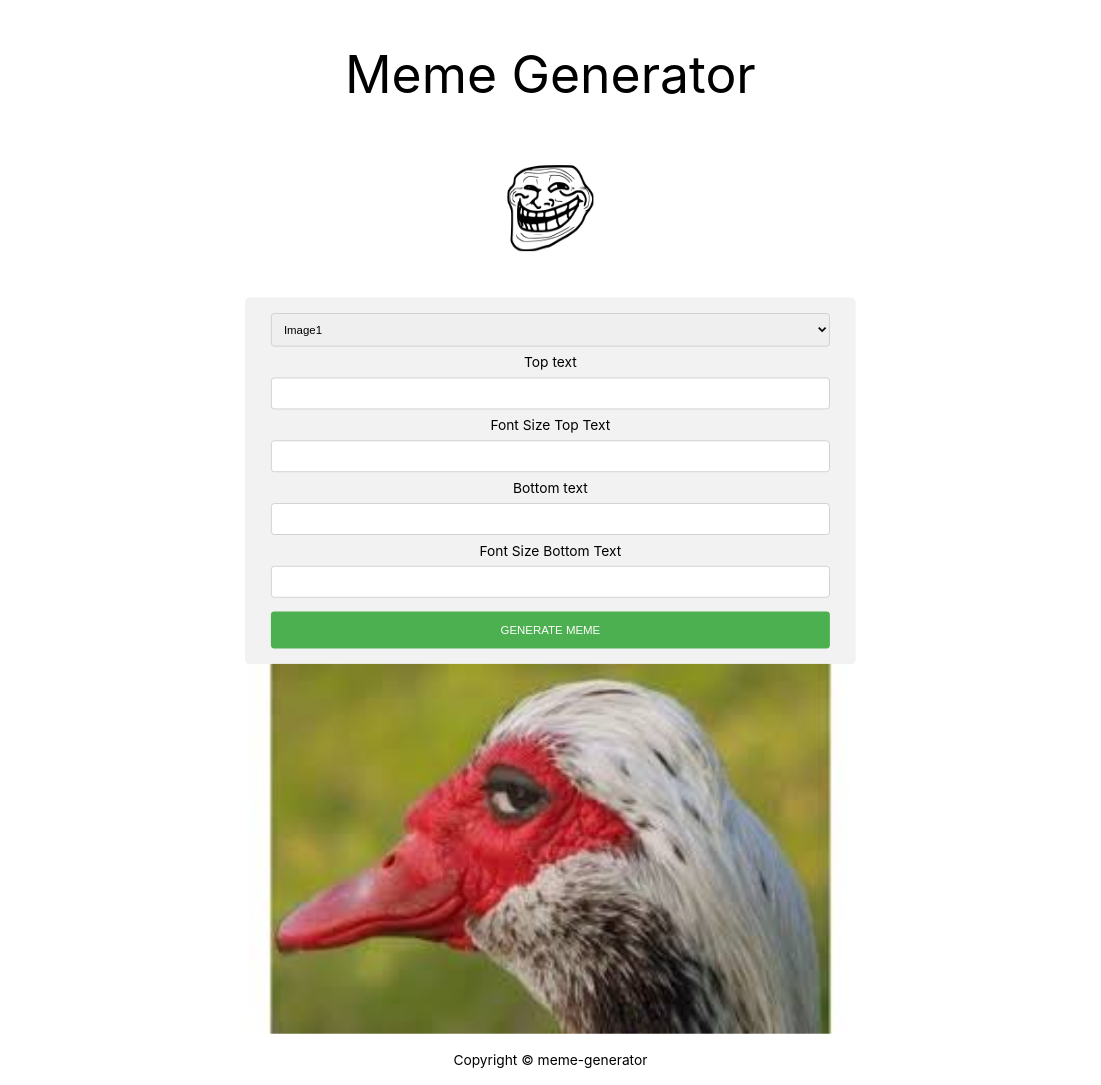
Repository: JivkoJelev91/Meme-Generator
Page: /
The author's editor kept a copy of each file at every save. The page is drawn from the files as they stood at one save, then again after a run of saves.
The browser window is 1280 px wide. The pictures show the whole page, at 86% of full size.
The project was rebuilt for these pictures with package versions that can differ from the ones it lists, and the page was loaded fresh each time.

Above is the page before, as saved 2018-10-11 14:58:44.

After the next 2 saves:
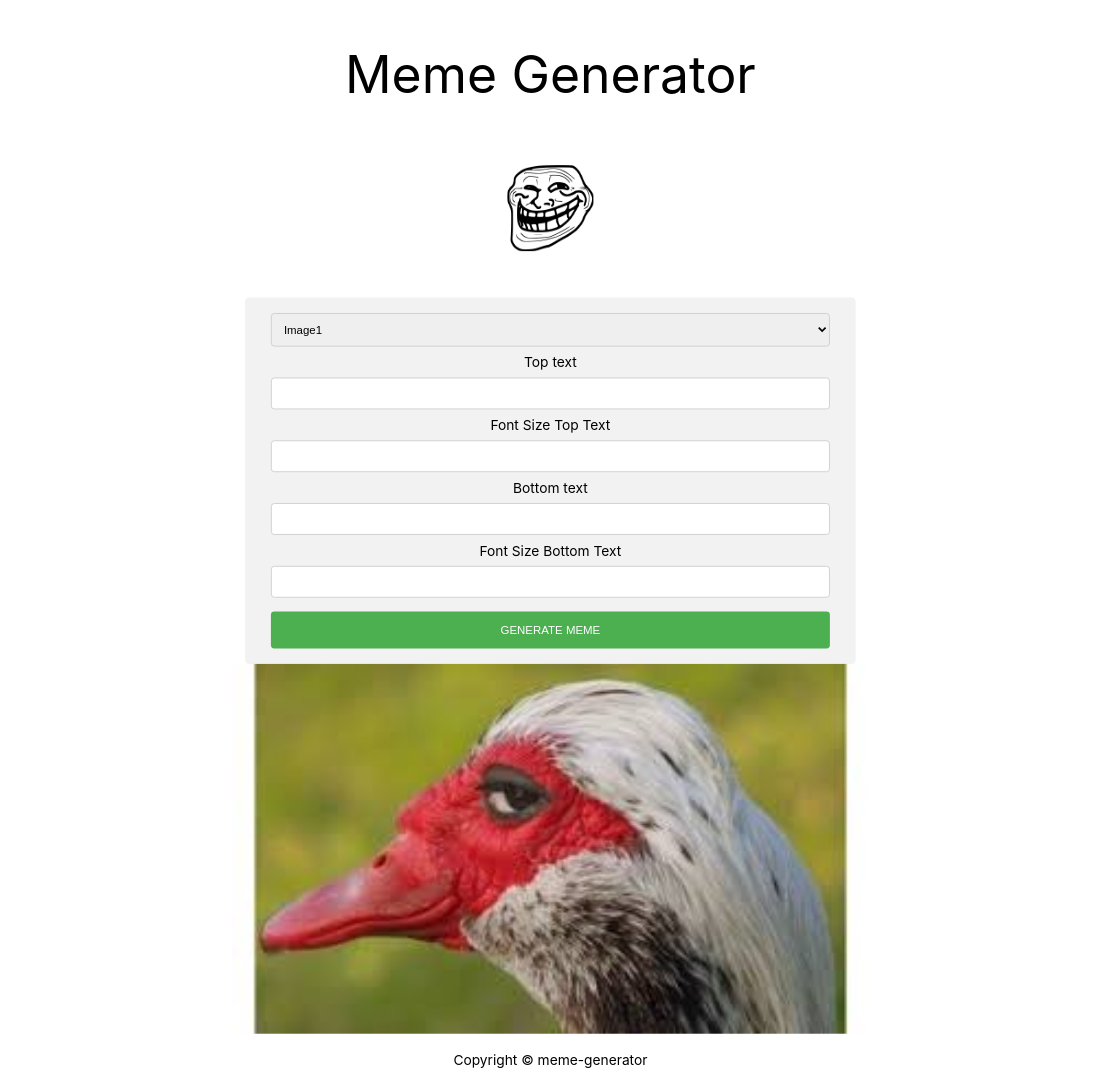
The 2 saves are shown as one change because they came seconds apart.
The last was saved 8 s later.
--- a/src/App.css
+++ b/src/App.css
@@ -60,7 +60,7 @@
 
 .pictureContainer{
   position: relative;
-  max-width: 700px;
+  max-width: 740px;
   height: 430px;
   width:100%;
   width: 100%;

After the save that followed:
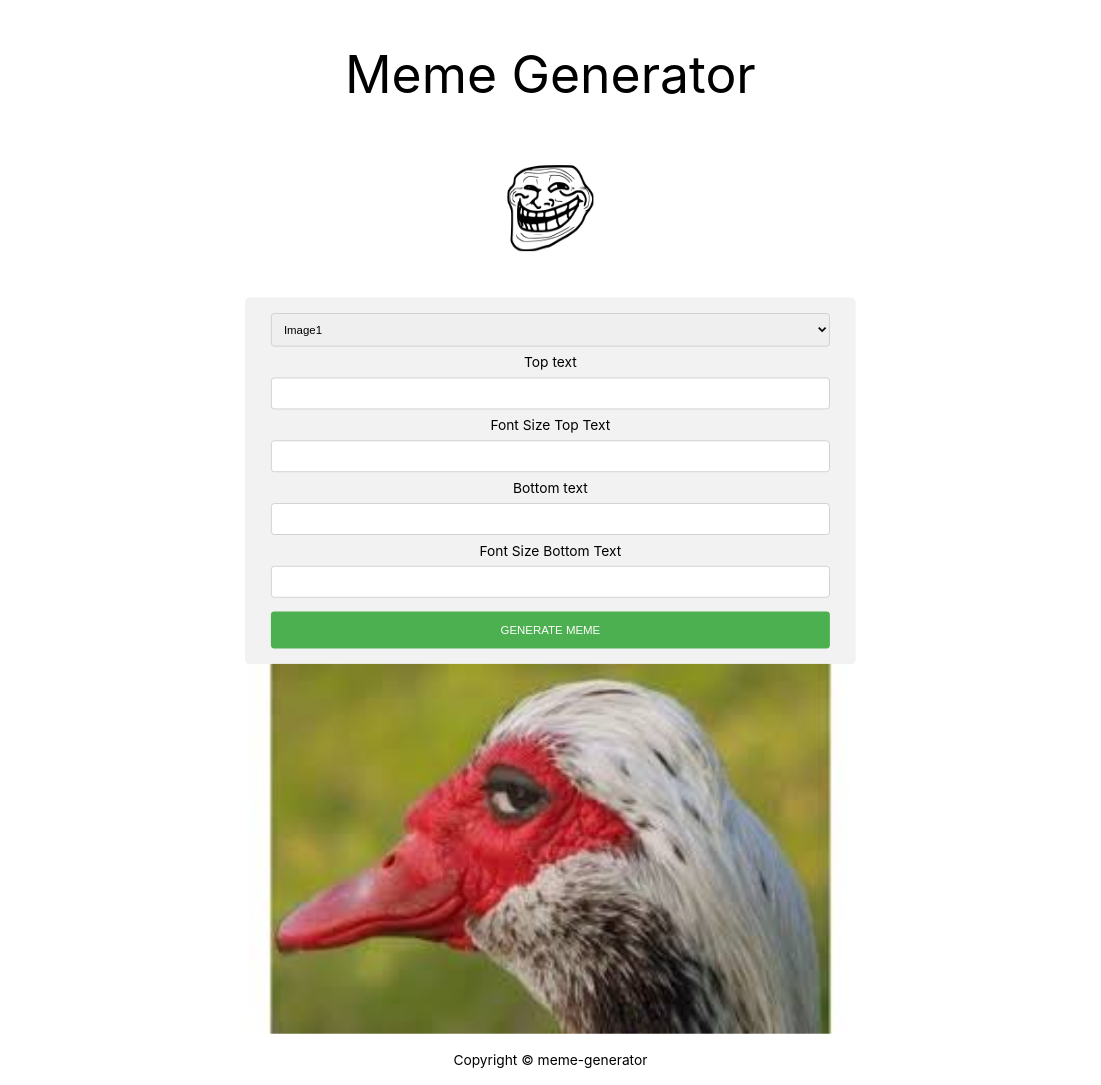
Saved 7 s later.
--- a/src/App.css
+++ b/src/App.css
@@ -60,7 +60,7 @@
 
 .pictureContainer{
   position: relative;
-  max-width: 740px;
+  max-width: 700px;
   height: 430px;
   width:100%;
   width: 100%;
